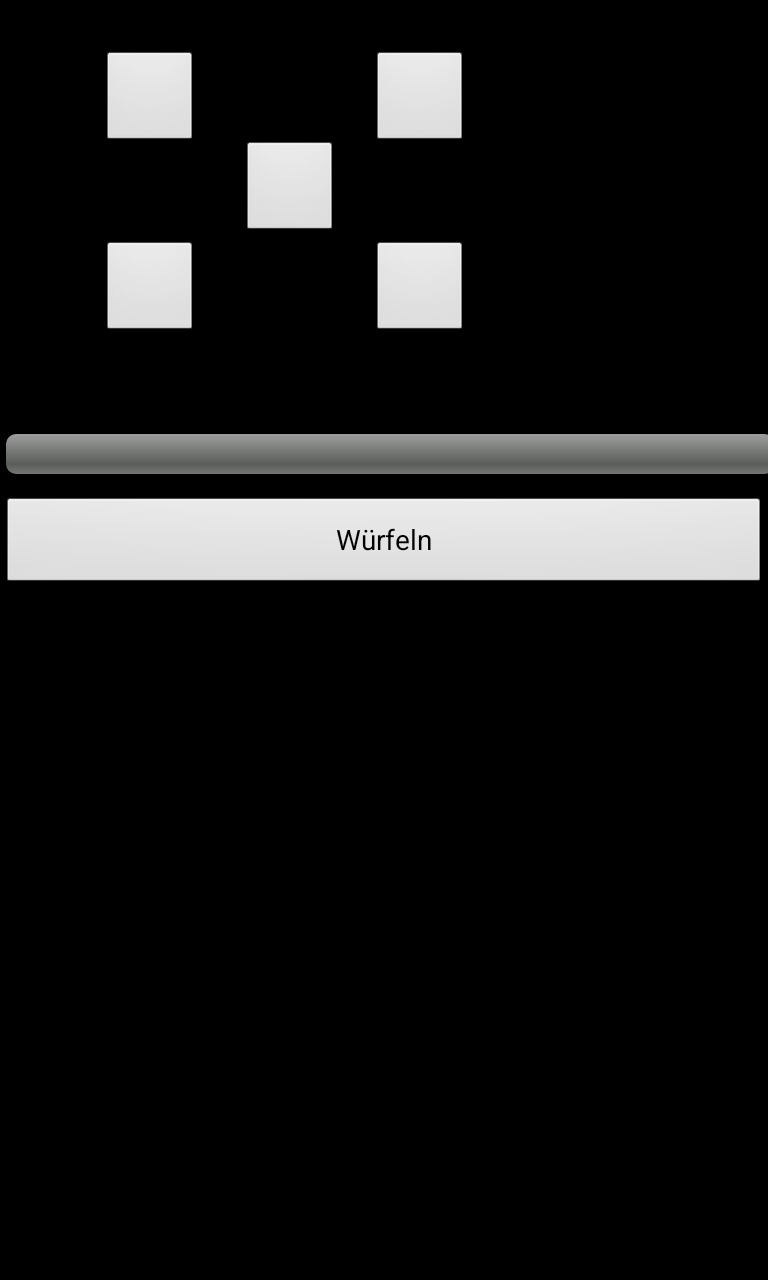
Repository: Lemkerene/App
Layout: kniffel/res/layout/wurfel.xml
The author's editor kept a copy of each file at every save. The layout is drawn from the files as they stood at one save, then again after the next save.
It is drawn on a 768 x 1280 px phone screen (xhdpi) without system bars, with theme android:Theme; the app's code is not run.

Above is the layout before, as saved 2012-08-05 11:30:25.

### kniffel/res/layout/wurfel.xml
<?xml version="1.0" encoding="utf-8"?>
<AbsoluteLayout xmlns:android="http://schemas.android.com/apk/res/android"
    android:id="@+id/AbsoluteLayout1"
    android:layout_width="fill_parent"
    android:layout_height="fill_parent" >

    <ProgressBar
        android:id="@+id/progressBar1"
        style="?android:attr/progressBarStyleHorizontal"
        android:layout_width="match_parent"
        android:layout_height="wrap_content"
        android:layout_x="3dp"
        android:layout_y="217dp" />


    <Button
        android:id="@+id/button6"
        android:layout_width="match_parent"
        android:layout_height="wrap_content"
        android:layout_x="0dp"
        android:layout_y="248dp"
        android:onClick="OnClickW"
        android:text="@string/wurf" />

    <Button
        android:id="@+id/wu3"
        android:layout_width="50"
        android:layout_height="50"
        android:layout_x="120dp"
        android:layout_y="70dp"
        android:onClick="OnClickSperr" />

    <Button
        android:id="@+id/wu2"
        android:layout_width="50"
        android:layout_height="50"
        android:layout_x="185dp"
        android:layout_y="25dp"
        android:onClick="OnClickSperr" />

    <Button
        android:id="@+id/wu5"
        android:layout_width="50"
        android:layout_height="50"
        android:layout_x="185dp"
        android:layout_y="120dp"
        android:onClick="OnClickSperr" />

    <Button
        android:id="@+id/wu1"
        android:layout_width="50dp"
        android:layout_height="50dp"
        android:layout_x="50dp"
        android:layout_y="25dp"
        android:onClick="OnClickSperr" />

    <Button
        android:id="@+id/wu4"
        android:layout_width="50"
        android:layout_height="50"
        android:layout_x="50dp"
        android:layout_y="120dp"
        android:onClick="OnClickSperr" />

</AbsoluteLayout>

### kniffel/res/values/strings.xml
<?xml version="1.0" encoding="utf-8"?>
<resources>

    <string name="hello">Hello World, KniffelActivity!</string>
    <string name="app_name">Kniffel</string>
    <color name="myColor">#ff0000</color>

    <string name="einer">Einer</string>
    <string name="zweier">Zweier</string>
    <string name="dreier">Dreier</string>
    <string name="vierer">Vierer</string>
    <string name="funfer">Fünferer</string>
    <string name="sechser">Sechser</string>

    <string name="dreierpasch">Dreier Pasch</string>
    <string name="viererpasch">Vierer Pasch</string>
    <string name="fullhouse">Fullhouse</string>
    <string name="kleinestr">Kleine Strasse</string>
    <string name="grostr">Große Strasse</string>
    <string name="kniffel">Kniffel</string>
    <string name="chance">Chance</string>

    <string name="gesoben">Gesamt Oben</string>
    <string name="gesoben2">Gesamt Oben mit Bonus</string>
    <string name="gesunten">Gesamt Unten</string>
    <string name="ges">Gesamt</string>
    <string name="bon">Bonus</string>
    <string name="wurf">Würfeln</string>
    <string name="name">Name</string>






</resources>

After the next save:
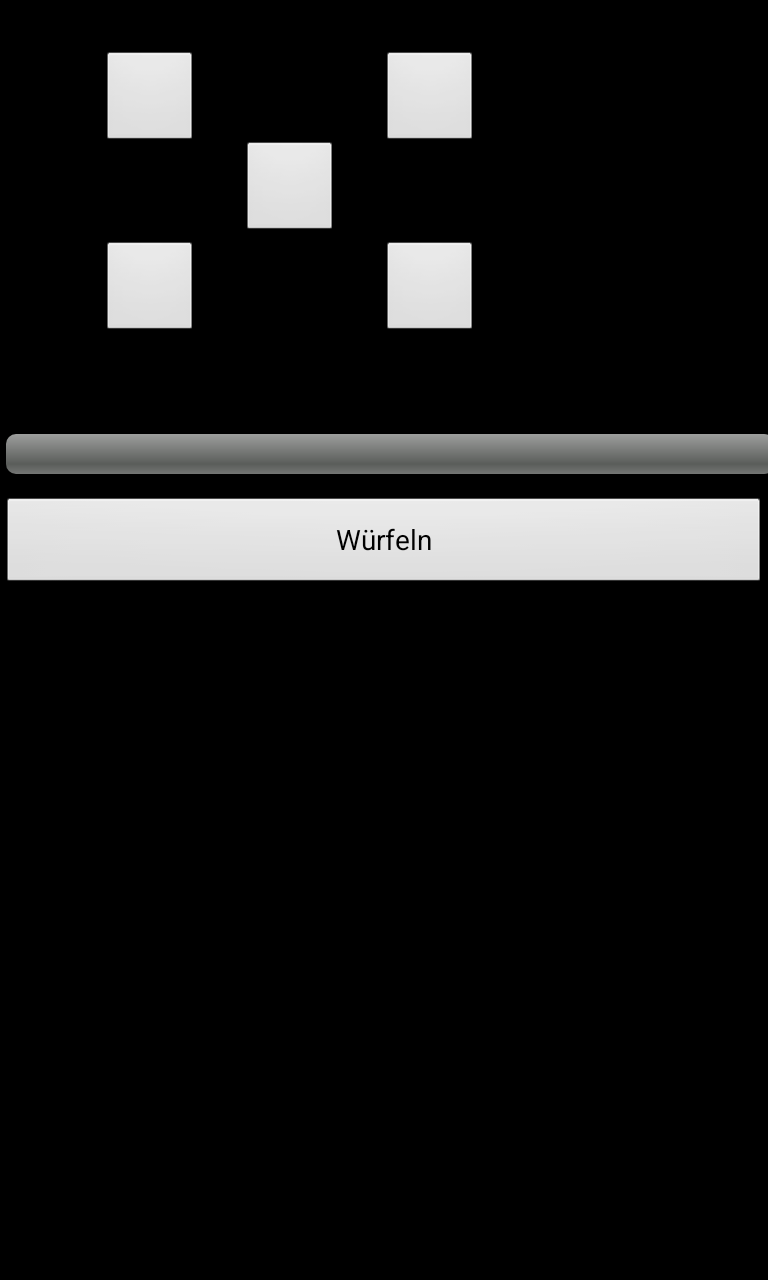
Saved 18 s later.
--- a/kniffel/res/layout/wurfel.xml
+++ b/kniffel/res/layout/wurfel.xml
@@ -34,7 +34,7 @@
         android:id="@+id/wu2"
         android:layout_width="50"
         android:layout_height="50"
-        android:layout_x="185dp"
+        android:layout_x="190dp"
         android:layout_y="25dp"
         android:onClick="OnClickSperr" />
 
@@ -42,7 +42,7 @@
         android:id="@+id/wu5"
         android:layout_width="50"
         android:layout_height="50"
-        android:layout_x="185dp"
+        android:layout_x="190dp"
         android:layout_y="120dp"
         android:onClick="OnClickSperr" />
 
